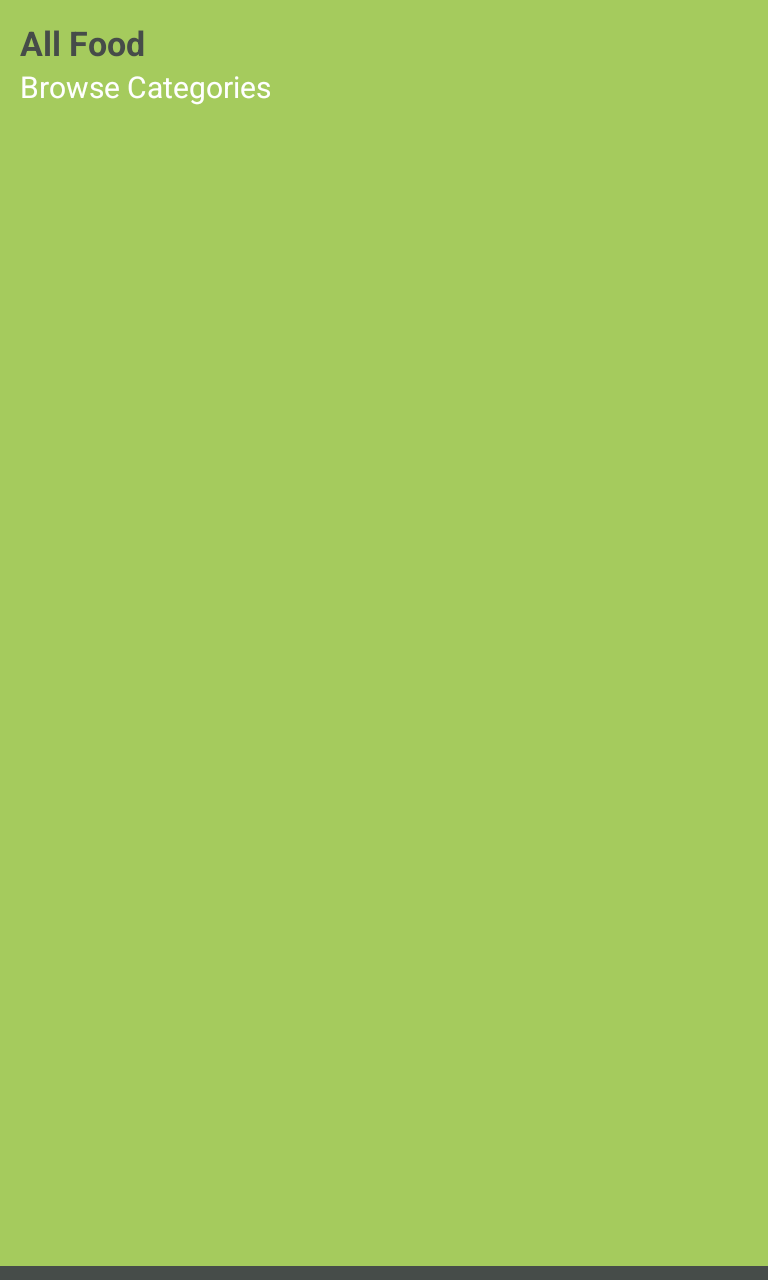
Repository: ShelfLifeApp/ShelfLife-Android
Layout: Implementation/ShelfLifeAndroid/res/layout/listview_header.xml
The author's editor kept a copy of each file at every save. The layout is drawn from the files as they stood at one save, then again after the next save.
It is drawn on a 768 x 1280 px phone screen (xhdpi) without system bars, with theme Theme.Sherlock.Light; the app's code is not run.

Above is the layout before, as saved 2013-05-13 03:50:04.

### Implementation/ShelfLifeAndroid/res/layout/listview_header.xml
<?xml version="1.0" encoding="utf-8"?>
<LinearLayout xmlns:android="http://schemas.android.com/apk/res/android"
    android:layout_width="match_parent"
    android:layout_height="60dip"
    android:orientation="vertical"
    android:background="@drawable/list_header_background"
    >
    <LinearLayout
        android:layout_height="wrap_content"
        android:layout_width="match_parent"
        android:orientation="vertical"
        android:gravity="center_vertical"
        android:layout_gravity="center_vertical"
        android:layout_margin="10dip">
	    <TextView
	        android:id="@+id/listview_header_title"
	        android:layout_width="wrap_content"
	        android:layout_height="wrap_content"
	        android:text="All Food"
	        android:textSize="17sp"
	        android:textStyle="bold"
	        android:textColor="@color/list_header_title_color"
	    />

	    <TextView
	        android:id="@+id/listview_header_subtitle"
	        android:layout_width="wrap_content"
	        android:layout_height="wrap_content"
	        android:text="Browse Categories"
	        android:textSize="15sp"
	        android:textColor="@color/list_header_subtitle_color"
	    />
    </LinearLayout>

</LinearLayout>

### Implementation/ShelfLifeAndroid/res/drawable/list_header_background.xml
<?xml version="1.0" encoding="utf-8"?>
<layer-list xmlns:android="http://schemas.android.com/apk/res/android" >

    <!-- CREATE A RECTANGLE WITH YOUR BORDER COLOR -->
    <item>
        <shape android:shape="rectangle" >
            <solid android:color="@color/list_header_divider"/>
        </shape>
    </item>

    <!-- NOW DEFINE THE NORMAL COLOR-->
    <item android:bottom="7dp">
        <shape android:shape="rectangle" >
            <solid android:color="@color/list_header_background"/>
        </shape>
    </item>
</layer-list>

### Implementation/ShelfLifeAndroid/res/values/colors.xml
<?xml version="1.0" encoding="utf-8"?>
<resources>

    <color name="listitem_background_content">#FFFFFF</color>
    <color name="listitem_background">#f1f0f2</color>

    <color name="list_header_background">#a5cb5d</color>
    <color name="list_header_divider">#464c49</color>
    <color name="list_header_title_color">#464c49</color>
    <color name="list_header_subtitle_color">#ffffff</color>

</resources>

After the next save:
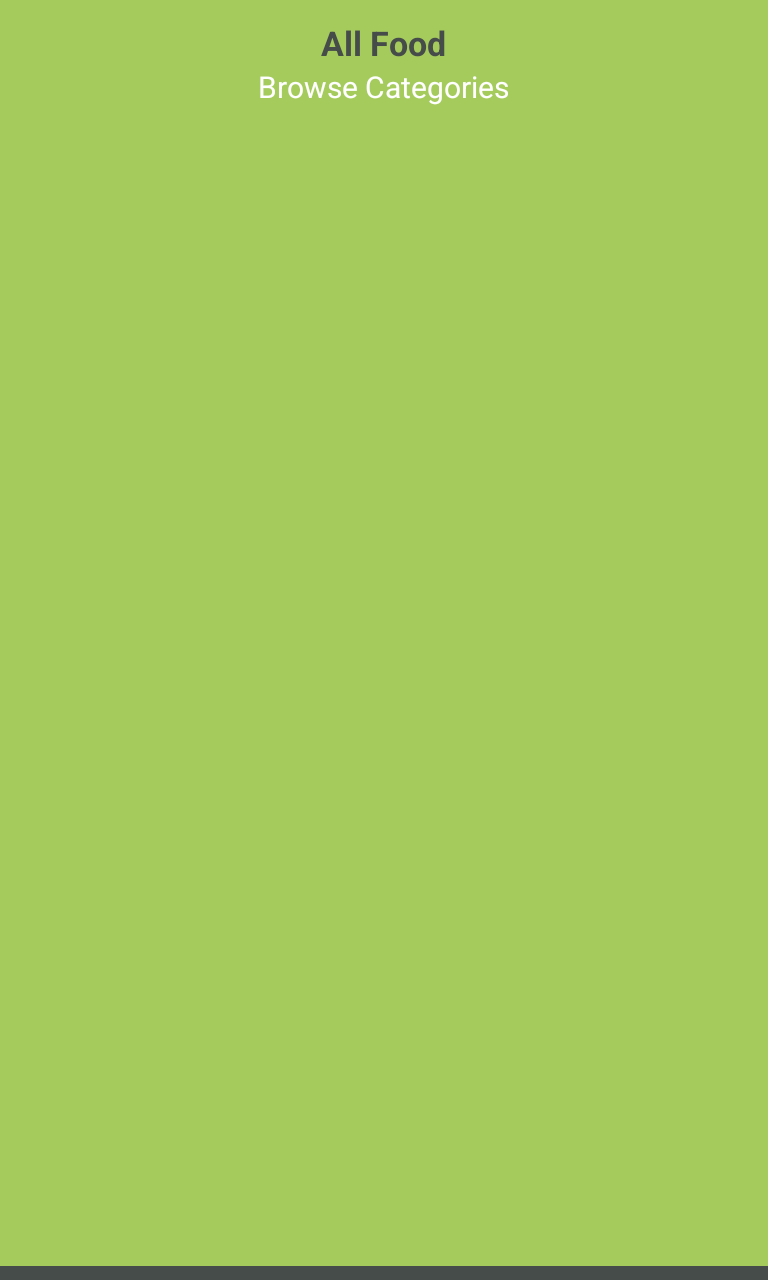
Saved 2 min 5 s later.
--- a/Implementation/ShelfLifeAndroid/res/layout/listview_header.xml
+++ b/Implementation/ShelfLifeAndroid/res/layout/listview_header.xml
@@ -9,7 +9,7 @@
         android:layout_height="wrap_content"
         android:layout_width="match_parent"
         android:orientation="vertical"
-        android:gravity="center_vertical"
+        android:gravity="center"
         android:layout_gravity="center_vertical"
         android:layout_margin="10dip">
 	    <TextView
